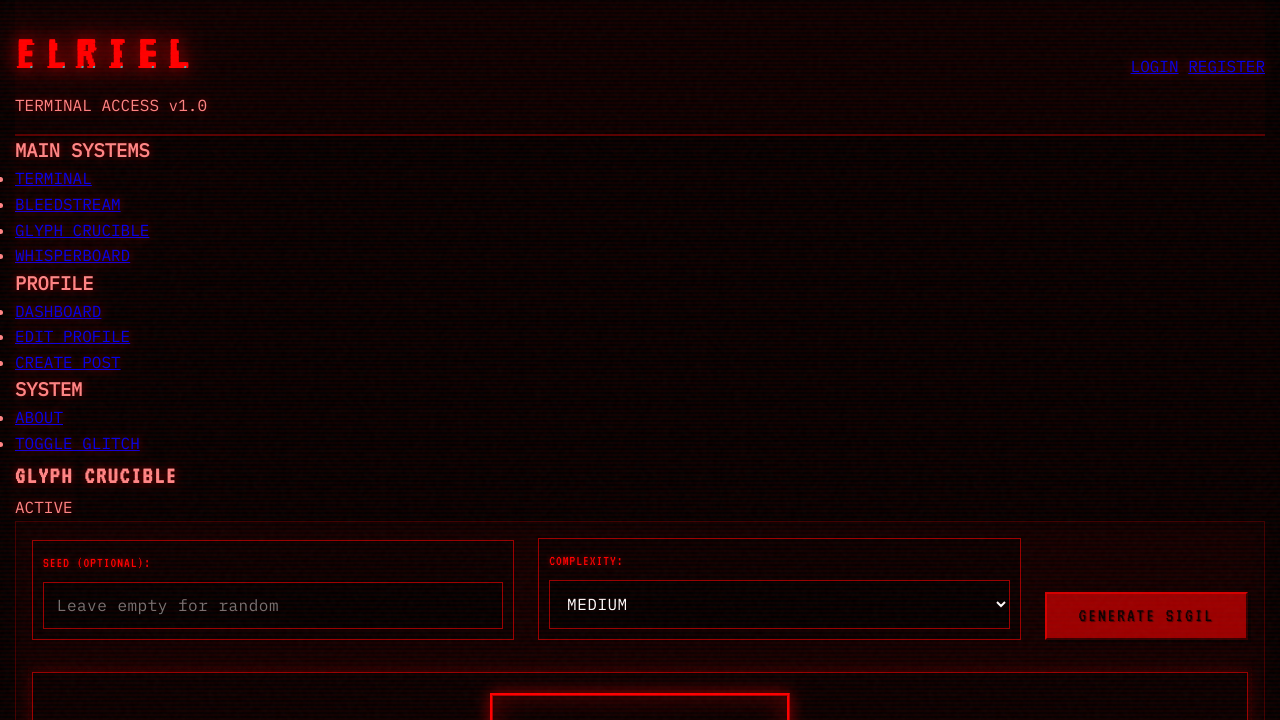
Repository: numbpill3d/elriel_1.0-forum
Page: views/glyph/crucible.html
These files come from the project's save history. The page is drawn as it stood at one moment and after the next save; the edit follows.
The browser window is 1280 px wide. The pictures show the whole page.
An inner scrolling area shows only its first screen. Some web fonts or font styles are not loaded; a fallback is used.

Above is the page before, as saved 2025-05-05 06:04:46.

### views/glyph/crucible.html
<!DOCTYPE html>
<html lang="en">
<head>
  <meta charset="UTF-8">
  <meta name="viewport" content="width=device-width, initial-scale=1.0">
  <title>GLYPH CRUCIBLE | ELRIEL</title>
  <link rel="stylesheet" href="/css/main.css">
  <link rel="stylesheet" href="/css/glitch.css">
  <link rel="stylesheet" href="/css/glyph.css">
  <script src="https://cdnjs.cloudflare.com/ajax/libs/three.js/r128/three.min.js"></script>
  <script src="/js/glitch.js" defer></script>
  <script src="/js/navigation-debug.js" defer></script>
</head>
<body class="terminal">
  <div class="noise-overlay"></div>
  <div class="scan-lines"></div>
  <div class="container">
    <header class="main-header">
      <div class="logo">
        <h1 class="glitch" data-text="ELRIEL">ELRIEL</h1>
        <div class="logo-subtitle">TERMINAL ACCESS v1.0</div>
      </div>
      <div class="user-panel">
        <div id="user-status">
          <!-- User status will be injected here -->
        </div>
      </div>
    </header>

    <div class="content-wrapper">
      <nav class="sidebar">
        <div class="nav-section">
          <h3 class="nav-title">MAIN SYSTEMS</h3>
          <ul class="nav-links">
            <li><a href="/">TERMINAL</a></li>
            <li><a href="/feed/bleedstream">BLEEDSTREAM</a></li>
            <li><a href="/glyph/crucible" class="active">GLYPH CRUCIBLE</a></li>
            <li><a href="/whisper/board">WHISPERBOARD</a></li>
          </ul>
        </div>
        <div class="nav-section">
          <h3 class="nav-title">PROFILE</h3>
          <ul class="nav-links">
            <li><a href="/profile">DASHBOARD</a></li>
            <li><a href="/profile/edit">EDIT PROFILE</a></li>
            <li><a href="/feed/new">CREATE POST</a></li>
          </ul>
        </div>
        <div class="nav-section">
          <h3 class="nav-title">SYSTEM</h3>
          <ul class="nav-links">
            <li><a href="/about">ABOUT</a></li>
            <li><a href="#" id="toggle-glitch">TOGGLE GLITCH</a></li>
          </ul>
        </div>
      </nav>

      <main class="main-content">
        <section class="crucible-panel">
          <div class="panel-header">
            <h2>GLYPH CRUCIBLE</h2>
            <div class="status-indicator">ACTIVE</div>
          </div>
          <div class="crucible-content">
            <div class="crucible-controls">
              <div class="form-group">
                <label for="seed">SEED (OPTIONAL):</label>
                <input type="text" id="seed" name="seed" placeholder="Leave empty for random">
              </div>
              <div class="form-group">
                <label for="complexity">COMPLEXITY:</label>
                <select id="complexity" name="complexity">
                  <option value="low">LOW</option>
                  <option value="medium" selected>MEDIUM</option>
                  <option value="high">HIGH</option>
                </select>
              </div>
              <button id="generate-glyph">GENERATE SIGIL</button>
            </div>

            <div class="generated-glyph-area">
              <div id="generated-glyph-svg" class="generated-glyph-svg">
                <!-- Generated glyph SVG will be injected here -->
              </div>
              <div class="glyph-actions">
                <button id="play-audio" style="display: none;">PLAY AUDIO</button>
                <button id="save-glyph" style="display: none;">SAVE SIGIL</button>
                <div id="generation-message" style="color: var(--terminal-green); margin-top: 1rem;"></div>
                <div id="generation-error" style="color: var(--terminal-red); margin-top: 1rem;"></div>
              </div>
            </div>
          </div>
        </section>

        <section class="user-glyphs-panel">
          <div class="panel-header">
            <h2>YOUR SAVED SIGILS</h2>
            <div class="status-indicator">ARCHIVE</div>
          </div>
          <div class="user-glyphs-content" id="user-glyphs-content">
            <!-- User's saved glyphs will be injected here -->
          </div>
        </section>
      </main>
    </div>

    <footer class="main-footer">
      <div class="footer-text">ELRIEL NETWORK // ESTABLISHED 2025 // ALL RIGHTS SURRENDERED</div>
      <div class="footer-glyphs">
        <span class="glyph">⌘</span>
        <span class="glyph">⍟</span>
        <span class="glyph">⎔</span>
      </div>
    </footer>
  </div>

  <script>
    // Add error handling for data injection
    let data, user, userGlyphs = [];
    try {
      // Inject data from server
      data = JSON.parse('__DATA__'.replace(/\\n/g, "\\n")
        .replace(/\\'/g, "\\'")
        .replace(/\\"/g, '\\"')
        .replace(/\\&/g, "\\&")
        .replace(/\\r/g, "\\r")
        .replace(/\\t/g, "\\t")
        .replace(/\\b/g, "\\b")
        .replace(/\\f/g, "\\f"));
      user = data.user;
      userGlyphs = data.userGlyphs || [];
      console.log("Glyph data loaded successfully:", {
        hasUser: !!user,
        glyphCount: userGlyphs.length
      });
    } catch (err) {
      console.error("Error parsing injected data:", err);
      // Set default values
      data = {};
      user = null;
      userGlyphs = [];
    }

    // Update user status in header
    const userStatusEl = document.getElementById('user-status');
    if (user) {
      userStatusEl.innerHTML = `
        <div class="logged-in">
          <span class="username">${user.username}</span>
          <div class="user-links">
            <a href="/profile" class="win98-btn">PROFILE</a>
            <a href="/auth/logout" class="win98-btn">LOGOUT</a>
          </div>
        </div>
      `;
    } else {
      userStatusEl.innerHTML = `
        <div class="logged-out">
          <a href="/auth/login" class="win98-btn login-btn">LOGIN</a>
          <a href="/auth/register" class="win98-btn register-btn">REGISTER</a>
        </div>
      `;
    }

    // Display user's saved glyphs
    const userGlyphsContentEl = document.getElementById('user-glyphs-content');
    if (userGlyphs && userGlyphs.length > 0) {
      userGlyphs.forEach(glyph => {
        const glyphItem = document.createElement('div');
        glyphItem.className = 'user-glyph-item';
        glyphItem.innerHTML = glyph.svg_data;
        glyphItem.setAttribute('data-glyph-id', glyph.id);
        glyphItem.title = `Generated: ${new Date(glyph.created_at).toLocaleString()}`;

        // Add click event to view glyph
        glyphItem.addEventListener('click', () => {
          window.location.href = `/glyph/view/${glyph.id}`;
        });

        userGlyphsContentEl.appendChild(glyphItem);
      });
    } else {
      userGlyphsContentEl.innerHTML = '<span>NO SAVED SIGILS. GENERATE SOME ABOVE.</span>';
    }

    // Glyph generation functionality
    const generateGlyphBtn = document.getElementById('generate-glyph');
    const seedInput = document.getElementById('seed');
    const complexitySelect = document.getElementById('complexity');
    const generatedGlyphSvgEl = document.getElementById('generated-glyph-svg');
    const playAudioBtn = document.getElementById('play-audio');
    const saveGlyphBtn = document.getElementById('save-glyph');
    const generationMessageEl = document.getElementById('generation-message');
    const generationErrorEl = document.getElementById('generation-error');

    let currentGeneratedGlyph = null;

    generateGlyphBtn.addEventListener('click', async () => {
      const seed = seedInput.value.trim();
      const complexity = complexitySelect.value;

      generationMessageEl.textContent = '';
      generationErrorEl.textContent = '';
      generatedGlyphSvgEl.innerHTML = '<span>GENERATING...</span>';
      playAudioBtn.style.display = 'none';
      saveGlyphBtn.style.display = 'none';
      currentGeneratedGlyph = null;

      try {
        const response = await fetch('/glyph/generate', {
          method: 'POST',
          headers: {
            'Content-Type': 'application/json'
          },
          body: JSON.stringify({ seed, complexity })
        });

        const data = await response.json();

        if (data.success) {
          currentGeneratedGlyph = data.glyph;
          generatedGlyphSvgEl.innerHTML = currentGeneratedGlyph.svgData;
          playAudioBtn.style.display = 'inline-block';

          // Only show save button if logged in
          if (user) {
            saveGlyphBtn.style.display = 'inline-block';
          }

          generationMessageEl.textContent = 'SIGIL GENERATED.';
        } else {
          generatedGlyphSvgEl.innerHTML = '<span>GENERATION FAILED</span>';
          generationErrorEl.textContent = data.message || 'Glyph generation failed. Unknown error.';
        }
      } catch (error) {
        console.error('Glyph generation error:', error);
        generatedGlyphSvgEl.innerHTML = '<span>GENERATION FAILED</span>';
        generationErrorEl.textContent = 'System error. Could not connect to crucible.';
      }
    });

    // Play glyph audio (placeholder)
    playAudioBtn.addEventListener('click', () => {
      if (currentGeneratedGlyph && currentGeneratedGlyph.audioData) {
        try {
          const audioParams = JSON.parse(currentGeneratedGlyph.audioData);
          console.log('Playing audio with parameters:', audioParams);
          // In a real implementation, you would use the Web Audio API here
          generationMessageEl.textContent = 'PLAYING AUDIO (SIMULATED)...';
          setTimeout(() => {
            generationMessageEl.textContent = 'AUDIO PLAYBACK COMPLETE.';
          }, 2000);
        } catch (e) {
          console.error('Error parsing audio data:', e);
          generationErrorEl.textContent = 'Error playing audio. Corrupted data.';
        }
      }
    });

    // Save glyph
    saveGlyphBtn.addEventListener('click', async () => {
      if (!currentGeneratedGlyph) return;

      generationMessageEl.textContent = '';
      generationErrorEl.textContent = '';

      try {
        const response = await fetch('/glyph/save', {
          method: 'POST',
          headers: {
            'Content-Type': 'application/json'
          },
          body: JSON.stringify(currentGeneratedGlyph)
        });

        const data = await response.json();

        if (data.success) {
          generationMessageEl.textContent = data.message;
          // Reload saved glyphs
          setTimeout(() => {
            window.location.reload();
          }, 1000);
        } else {
          generationErrorEl.textContent = data.message || 'Glyph save failed. Unknown error.';
        }
      } catch (error) {
        console.error('Glyph save error:', error);
        generationErrorEl.textContent = 'System error. Could not save glyph.';
      }
    });

    // Toggle glitch effects
    document.getElementById('toggle-glitch').addEventListener('click', function(e) {
      e.preventDefault();
      document.body.classList.toggle('glitch-active');
    });
  </script>
</body>
</html>

### public/css/responsive-fixes.css
/* Elriel - Responsive Fixes and Mobile Optimizations
   This file provides fixes for responsive display issues across all pages */

/* General Responsive Fixes */
html, body {
  overflow-x: hidden;
  width: 100%;
  -webkit-tap-highlight-color: rgba(255, 0, 0, 0.2);
}

img, svg {
  max-width: 100%;
  height: auto;
}

/* Make sure we have correct box-sizing everywhere */
* {
  box-sizing: border-box;
}

/* Improve mobile navigation */
@media (max-width: 768px) {
  /* Fix content layout when sidebar is hidden */
  .main-content {
    width: 100% !important;
    grid-template-columns: 1fr !important;
    padding: 10px !important;
  }

  /* Fix header on mobile */
  .main-header {
    padding: 0.5rem !important;
    flex-direction: column;
    align-items: center;
  }

  .logo h1 {
    font-size: 2.2rem !important;
    margin-bottom: 0.3rem;
  }

  .user-panel {
    margin-top: 0.5rem;
    text-align: center !important;
    width: 100%;
  }

  .logged-in, .logged-out {
    align-items: center !important;
  }

  .user-links {
    display: flex;
    justify-content: center;
    flex-wrap: wrap;
    gap: 5px;
  }

  /* Fix form controls on mobile */
  input, select, textarea, button, .win98-btn {
    font-size: 16px !important; /* Prevents iOS zoom */
    padding: 8px !important;
  }

  /* Make sure all containers are full width */
  .container, .panel-content, .win98-window, .crucible-panel, .user-glyphs-panel {
    width: 100% !important;
    margin-left: 0 !important;
    margin-right: 0 !important;
  }

  /* Fix footer on mobile */
  .main-footer {
    flex-direction: column;
    gap: 10px;
    text-align: center;
    padding: 10px 5px !important;
  }
}

/* Small phone fixes */
@media (max-width: 480px) {
  .logo h1 {
    font-size: 1.8rem !important;
    letter-spacing: 0.4rem !important;
  }

  .logo-subtitle {
    font-size: 0.8rem !important;
  }

  /* Fix crucible controls */
  .crucible-controls {
    flex-direction: column !important;
    gap: 10px !important;
  }

  /* Fix spacing for win98 buttons */
  .win98-btn {
    margin: 5px !important;
  }
}

/* Fix Glyph Crucible specific issues */
.generated-glyph-svg {
  width: 100% !important;
  max-width: 300px !important;
  height: auto !important;
  aspect-ratio: 1 / 1;
  margin: 0 auto !important;
}

.view-glyph-svg {
  width: 100% !important;
  max-width: 400px !important;
  height: auto !important;
  aspect-ratio: 1 / 1;
  margin: 0 auto !important;
}

.user-glyphs-content {
  justify-content: center;
}

/* Fix Scrapyard specific issues */
@media (max-width: 768px) {
  .scrapyard-listing {
    grid-template-columns: 1fr !important;
  }

  .scrapyard-item-footer {
    flex-direction: column;
    gap: 10px;
    align-items: flex-start;
  }

  .artifact-stats {
    width: 100%;
  }
}

/* Better touch targets */
@media (max-width: 768px) {
  .nav-links a, button, .win98-btn, input[type="submit"], .win98-window-control {
    min-height: 44px;
    min-width: 44px;
    padding: 10px !important;
    display: inline-flex;
    align-items: center;
    justify-content: center;
  }

  .win98-window-controls {
    gap: 8px !important;
  }
}

/* Fix Windows 98 styling on mobile */
@media (max-width: 768px) {
  .win98-titlebar {
    padding: 5px 8px !important;
  }

  .win98-window-content {
    padding: 10px !important;
  }

  .win98-titlebar-text {
    font-size: 14px !important;
  }
}

/* Fix forum displays */
@media (max-width: 768px) {
  .comment-item {
    grid-template-columns: 1fr !important;
  }

  .topics-header {
    flex-direction: column;
    gap: 10px;
    align-items: flex-start;
  }

  .forum-title-header {
    font-size: 1.2rem !important;
  }
}

/* Fix scrolling issues */
.terminal-output, .comments-content, .user-glyphs-content {
  -webkit-overflow-scrolling: touch;
}

/* Fix element sizing inconsistencies */
.user-glyph-item {
  width: 90px !important;
  height: 90px !important;
}

/* Ensure the scanner line and noise overlays stay properly positioned */
.scanner-line, .noise-overlay, .scan-lines {
  position: fixed !important;
}

/* Fix interactive elements that may be too small */
button, .clickable, a.win98-btn {
  cursor: pointer;
}

/* Ensure proper display of mobile navigation */
.mobile-nav-toggle {
  appearance: none;
  -webkit-appearance: none;
  border-radius: 0;
}

/* Ensure proper positioning in fixed layouts */
.container {
  padding-left: 10px !important;
  padding-right: 10px !important;
}

/* Fix content overflow */
.generated-glyph-svg svg, .view-glyph-svg svg, .user-glyph-item svg {
  width: 100% !important;
  height: 100% !important;
  object-fit: contain;
}

Loaded but not shown: public/js/glitch.js (234 lines, source omitted); public/js/navigation-debug.js (96 lines, source omitted); public/css/glyph.css (808 lines, source omitted); public/css/main.css (642 lines, source omitted); public/css/glitch.css (655 lines, source omitted)

After the next save:
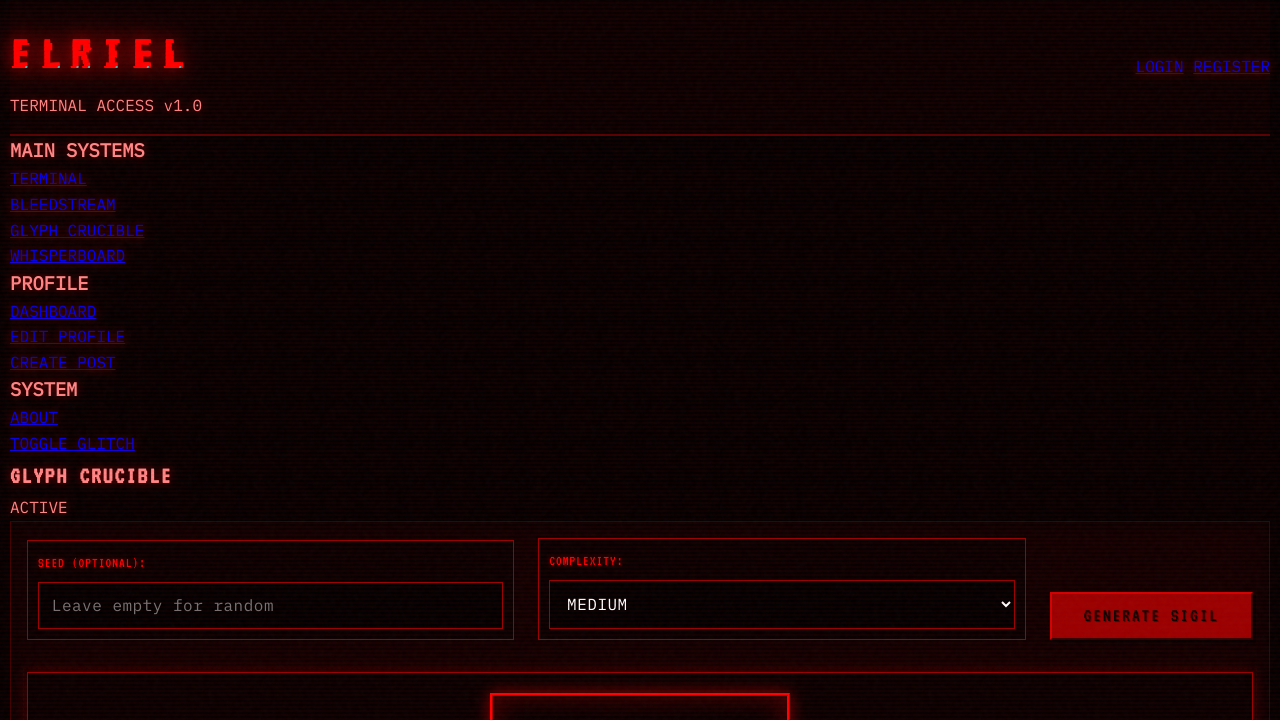
Saved 30 s later.
--- a/views/glyph/crucible.html
+++ b/views/glyph/crucible.html
@@ -7,6 +7,7 @@
   <link rel="stylesheet" href="/css/main.css">
   <link rel="stylesheet" href="/css/glitch.css">
   <link rel="stylesheet" href="/css/glyph.css">
+  <link rel="stylesheet" href="/css/responsive-fixes.css">
   <script src="https://cdnjs.cloudflare.com/ajax/libs/three.js/r128/three.min.js"></script>
   <script src="/js/glitch.js" defer></script>
   <script src="/js/navigation-debug.js" defer></script>
